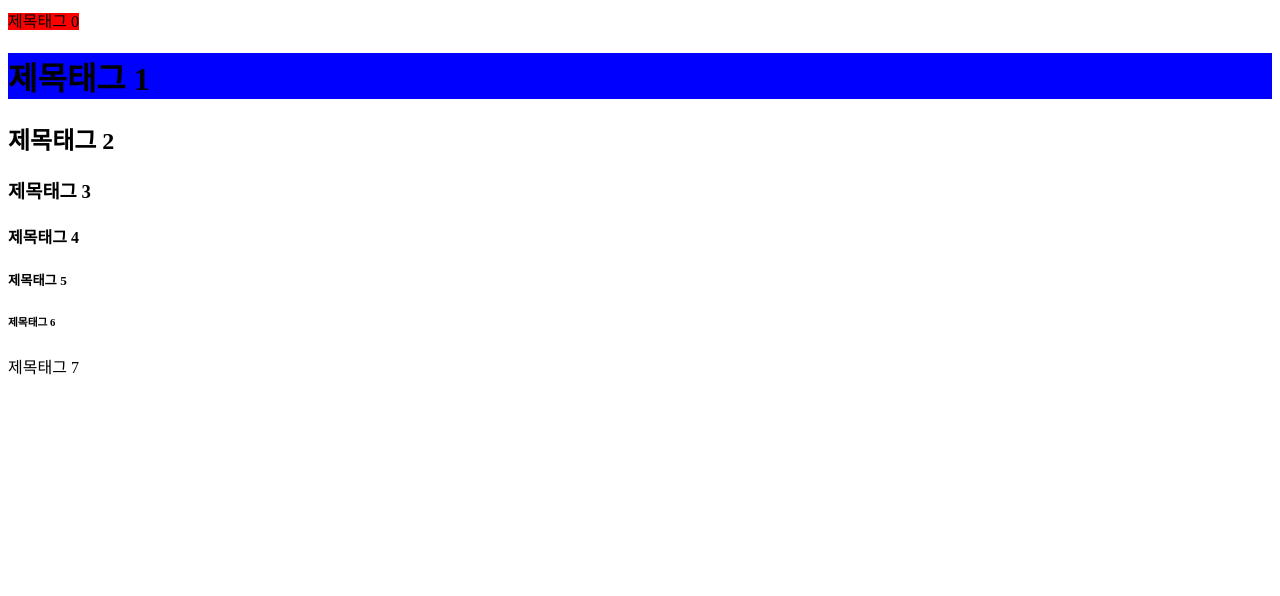
Repository: claddds/2023_webstudy
Page: 01_html/src/main/webapp/day01/ex02_header.html
An editor plug-in stored every save of this project. The page is shown before and after the next save, followed by the edit.
The browser window is 1280 px wide. The pictures show the whole page.

Above is the page before, as saved 2023-06-19 06:42:44.

### 01_html/src/main/webapp/day01/ex02_header.html
<!DOCTYPE html>
<html>
<head>
<meta charset="UTF-8">
<title>제목태그: h1 ~ h6</title>
</head>
<body>
<!--
	h1 ~ h6: 웹 페이지의 제목이나 부제목을 표현할 때 사용하는 태그
	h1 가장 크고, h6이 가장 작다.
	높은 것 부터 순서대로 사용하는 것이 원칙이다.
	h0, h7 등 없는 태그를 사용하면 일반글자 취급한다.
	제목태그는 일반 글자보다 굵고 자동으로 문단이 변경 된다.
	** 블록 레벨 중 하나이다.
	** 블록 레벨: 한 줄 전체를 자기 영역으로 인식(자동으로 문단변경 = 줄 바꿈이 된다.)
		인라인 레벨: 해당 영역만 자기 영역으로 인식한다.
 -->

 <h0 style="background-color: red">제목태그 0</h0>
 <h1 style="background-color: blue">제목태그 1</h1>
 <h2>제목태그 2</h2>
 <h3>제목태그 3</h3>
 <h4>제목태그 4</h4>
 <h5>제목태그 5</h5>
 <h6>제목태그 6</h6>
 <h7>제목태그 7</h7>
</body>
</html>

After the next save:
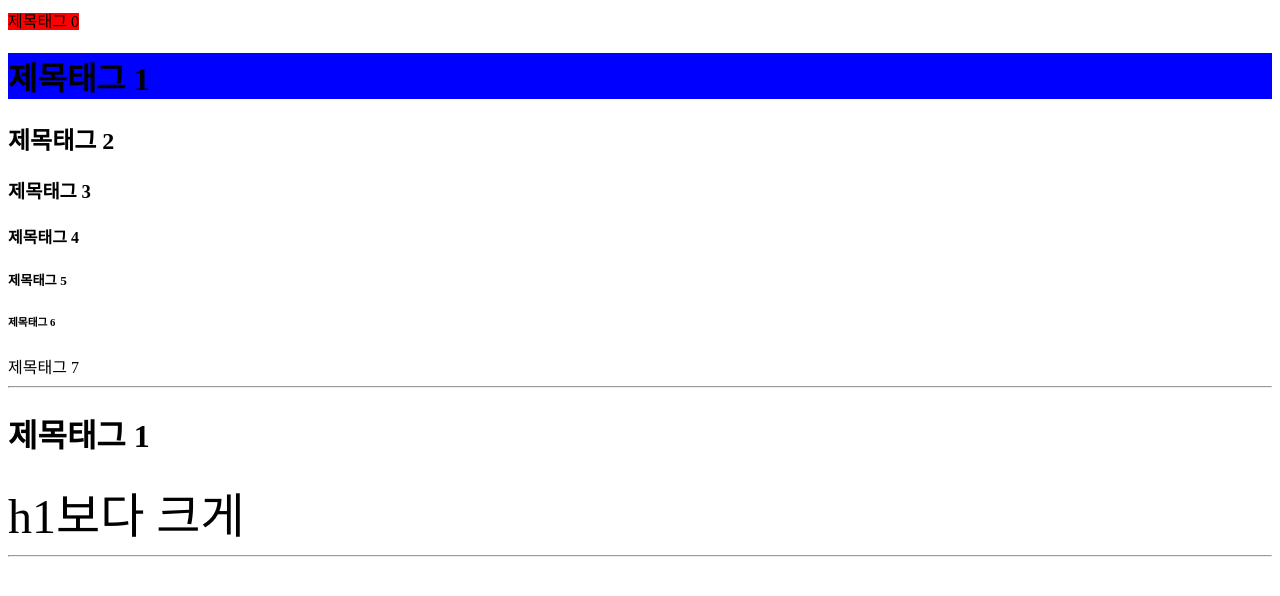
Saved 3 min 56 s later.
--- a/01_html/src/main/webapp/day01/ex02_header.html
+++ b/01_html/src/main/webapp/day01/ex02_header.html
@@ -24,5 +24,11 @@
  <h5>제목태그 5</h5>
  <h6>제목태그 6</h6>
  <h7>제목태그 7</h7>
+ <!-- 수평선 -->
+ <hr>
+ <!-- h1보다 더 큰 글자를 표시하기 위해서는 style의 font-size -->
+ <h1>제목태그 1</h1>
+ <span style="font-size: 48px"> h1보다 크게</span>
+ <hr>
 </body>
 </html>
